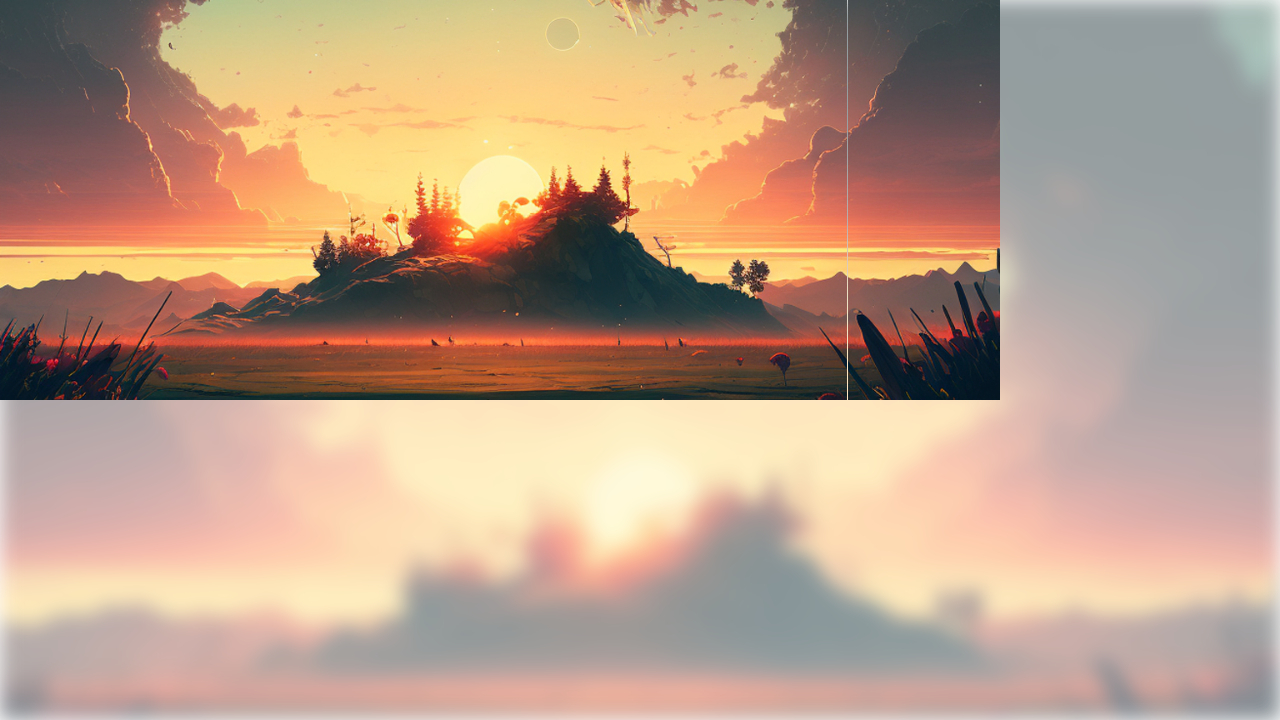
Repository: TheBiggestFatCat/myblog-frontend
Page: /
These files come from the project's save history. The page is drawn as it stood at one moment and after the next save; the edit follows.
The browser window is 1280 px wide. The pictures show the whole page.
The project was rebuilt for these pictures with package versions that can differ from the ones it lists, and the page was loaded fresh each time. Also part of the build but not shown: vite.config.ts.

Above is the page before, as saved 2023-02-26 08:16:44.

### src/style.css
* {
  margin: 0;
  padding: 0;
}

/* :root {
  font-family: Inter, system-ui, Avenir, Helvetica, Arial, sans-serif;
  line-height: 1.5;
  font-weight: 400;

  color-scheme: light dark;
  color: rgba(255, 255, 255, 0.87);
  background-color: #242424;

  font-synthesis: none;
  text-rendering: optimizeLegibility;
  -webkit-font-smoothing: antialiased;
  -moz-osx-font-smoothing: grayscale;
  -webkit-text-size-adjust: 100%;
}

a {
  font-weight: 500;
  color: #646cff;
  text-decoration: inherit;
}
a:hover {
  color: #535bf2;
}

body {
  margin: 0;
  display: flex;
  place-items: center;
  min-width: 320px;
  min-height: 100vh;
}

h1 {
  font-size: 3.2em;
  line-height: 1.1;
}

button {
  border-radius: 8px;
  border: 1px solid transparent;
  padding: 0.6em 1.2em;
  font-size: 1em;
  font-weight: 500;
  font-family: inherit;
  background-color: #1a1a1a;
  cursor: pointer;
  transition: border-color 0.25s;
}
button:hover {
  border-color: #646cff;
}
button:focus,
button:focus-visible {
  outline: 4px auto -webkit-focus-ring-color;
}

.card {
  padding: 2em;
}

#app {
  max-width: 1280px;
  margin: 0 auto;
  padding: 2rem;
  text-align: center;
}

@media (prefers-color-scheme: light) {
  :root {
    color: #213547;
    background-color: #ffffff;
  }
  a:hover {
    color: #747bff;
  }
  button {
    background-color: #f9f9f9;
  }
} */

### src/App.vue
<script setup lang="ts">
import Home from './components/Home/Home.vue';
</script>

<template>
  <Home/>
</template>

<style scoped>
</style>

### src/components/Home/Home.vue
<template>
  <div class="home">

  </div>
</template>

<script lang='ts' setup>
</script>

<style lang="less" scoped>
.home {
  width: 1000px;
  height: 400px;
  background-image: url(@/assets/pics/home1.jpg);
  background-size: cover;
  background-position: 0 -200px;
}

.home::before {
  content: "";
  position: fixed;
  top: 0;
  left: 0;
  width: 100%;
  height: 100%;
  background-image: url(@/assets/pics/home1.jpg);
  background-size: cover;
  filter: blur(10px); /* 设置模糊半径 */
  opacity: 0.5; /* 设置不透明度 */
  z-index: -1; /* 将遮罩层放在最底层 */
}
</style>

Loaded but not shown: index.html (common file); src/main.ts (common file)

After the next save:
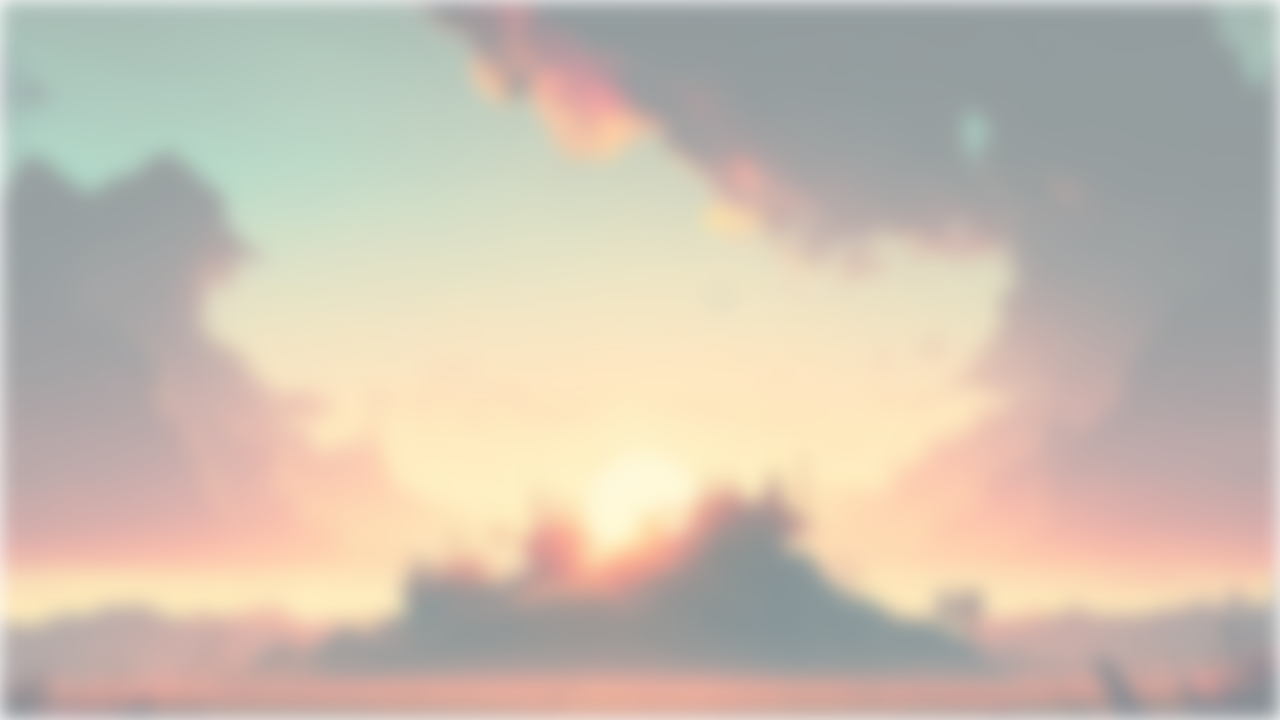
Saved 45 s later.
--- a/src/components/Home/Home.vue
+++ b/src/components/Home/Home.vue
@@ -11,9 +11,9 @@
 .home {
   width: 1000px;
   height: 400px;
-  background-image: url(@/assets/pics/home1.jpg);
-  background-size: cover;
-  background-position: 0 -200px;
+  // background-image: url(@/assets/pics/home1.jpg);
+  // background-size: cover;
+  // background-position: 0 -200px;
 }
 
 .home::before {
